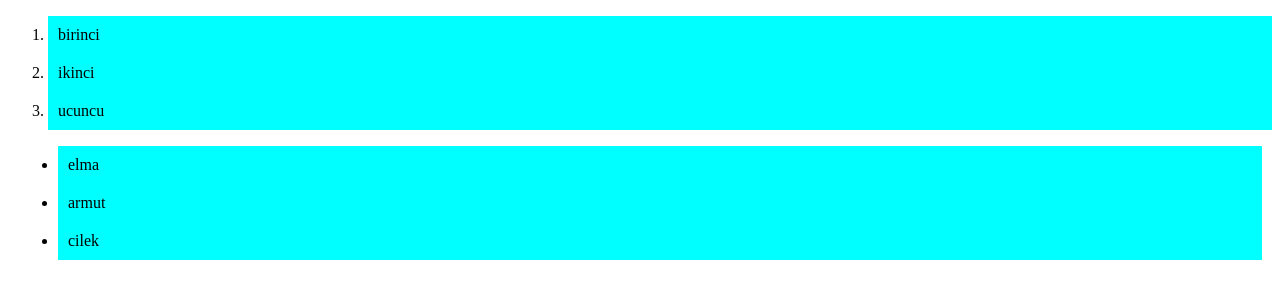
Repository: Kubraaygun/Html_Css_Login
Page: index.html
An editor plug-in stored every save of this project. The page is shown before and after the next save, followed by the edit.
The browser window is 1280 px wide. The pictures show the whole page.

Above is the page before, as saved 2025-03-04 19:48:42.

After the next save:
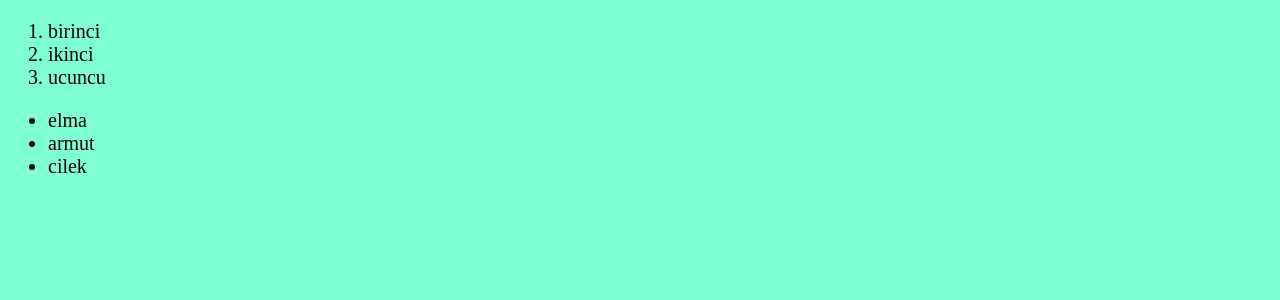
Saved 26 s later.
--- a/style.css
+++ b/style.css
@@ -1,7 +1,13 @@
-li {
-  padding: 10px;
-  background-color: aqua;
+body {
+  font-size: 20px;
+  background-color: aquamarine;
 }
-ul {
-  margin: 10px;
+.h1:hover {
+  background-color: purple;
 }
+#h1:hover {
+  color: purple;
+}
+.link:hover {
+  text-decoration: none;
+}
